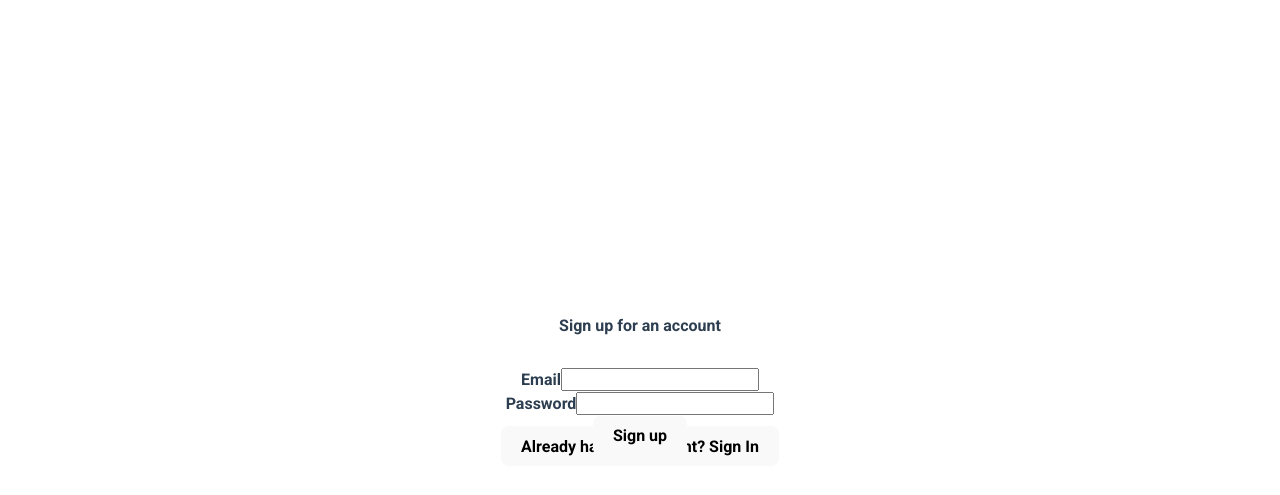
Repository: TimurZinatulin/Web_Shishki_1
Page: /
An editor plug-in stored every save of this project. The page is shown before and after the next save, followed by the edit.
The browser window is 1280 px wide. The pictures show the whole page.
The project was rebuilt for these pictures with package versions that can differ from the ones it lists, and the page was loaded fresh each time. Also part of the build but not shown: vite.config.js, vue.config.js, src/components/SignIn.vue, src/components/HelloWorld.vue.

Above is the page before, as saved 2023-06-10 02:02:00.
Console error: TypeError: Cannot read properties of null (reading 'user')

After the next save:
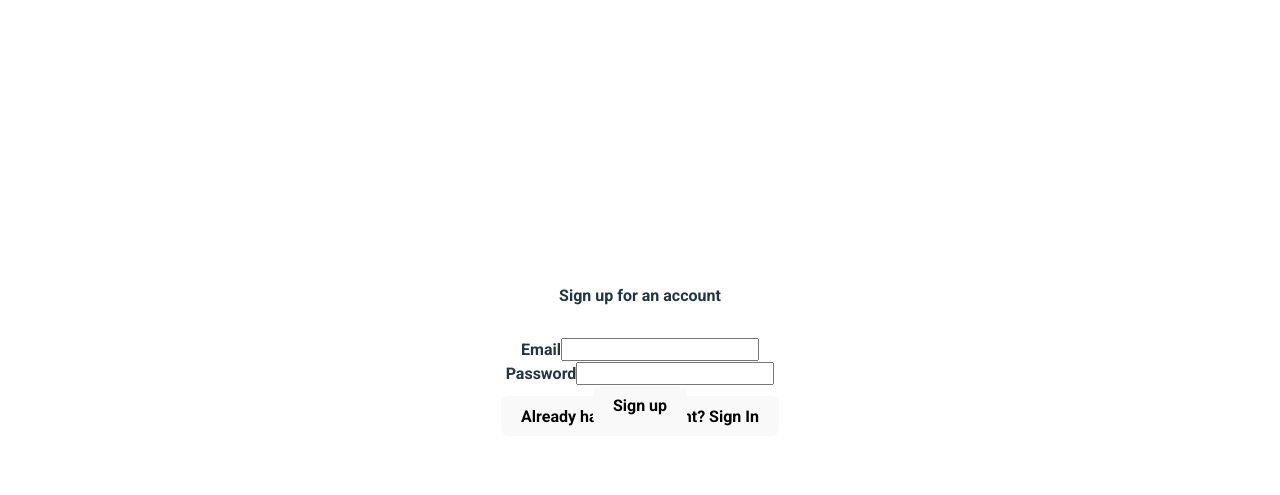
Saved 22 s later.
--- a/src/App.vue
+++ b/src/App.vue
@@ -44,12 +44,5 @@ export default {
 </script>
 
 <style>
-#app {
-  font-family: Avenir, Helvetica, Arial, sans-serif;
-  -webkit-font-smoothing: antialiased;
-  -moz-osx-font-smoothing: grayscale;
-  text-align: center;
-  color: #2c3e50;
-  margin-top: 60px;
-}
+@import 'templates/main_page.css';
 </style>
